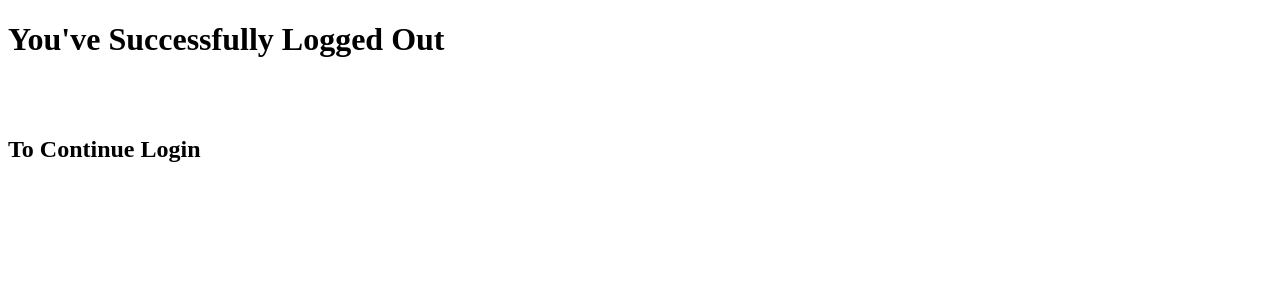
Repository: msibgathulla9980/Servlet
Page: LoginRegistrationApp/WebContent/logout.html
The author's editor kept a copy of each file at every save. The page is drawn from the files as they stood at one save, then again after the next save.
The browser window is 1280 px wide. The pictures show the whole page.

Above is the page before, as saved 2019-01-23 04:14:11.

After the next save:
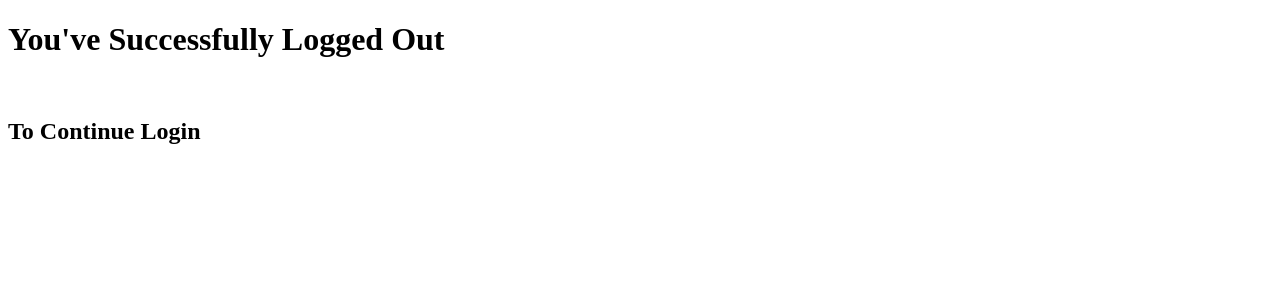
Saved 14 s later.
--- a/LoginRegistrationApp/WebContent/logout.html
+++ b/LoginRegistrationApp/WebContent/logout.html
@@ -5,7 +5,7 @@
 <title>Insert title here</title>
 </head>
 <body>
-<h1>You've Successfully Logged Out</h1><br><br>
+<h1>You've Successfully Logged Out</h1><br>
 <h2>To Continue Login</h2>
 <a href="login.html" type="submit" value="login"></a>
 </body>
